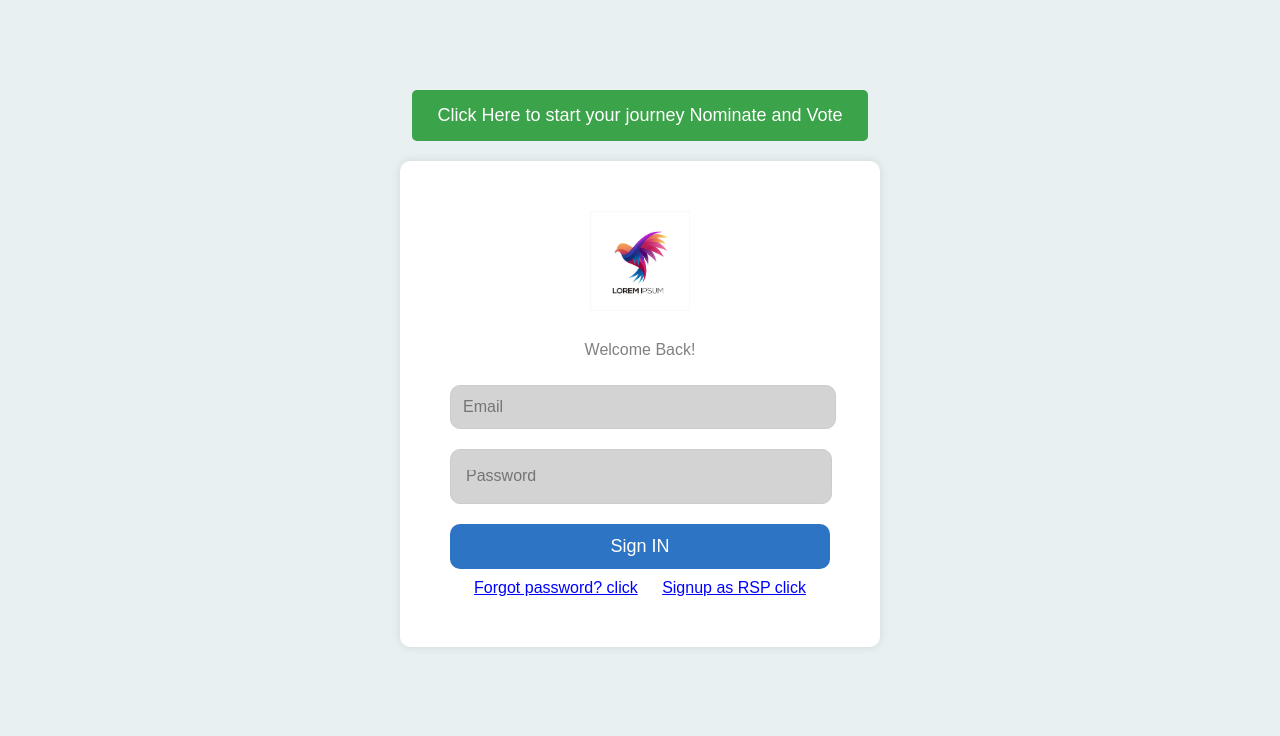
Repository: Femi007-gh/welcome
Page: index.html
An editor plug-in stored every save of this project. The page is shown before and after a run of saves, followed by the edit.
The browser window is 1280 px wide. The pictures show the whole page.
Some web libraries are served in a nearby version.

Above is the page before, as saved 2025-03-10 18:18:56.

After the next 2 saves:
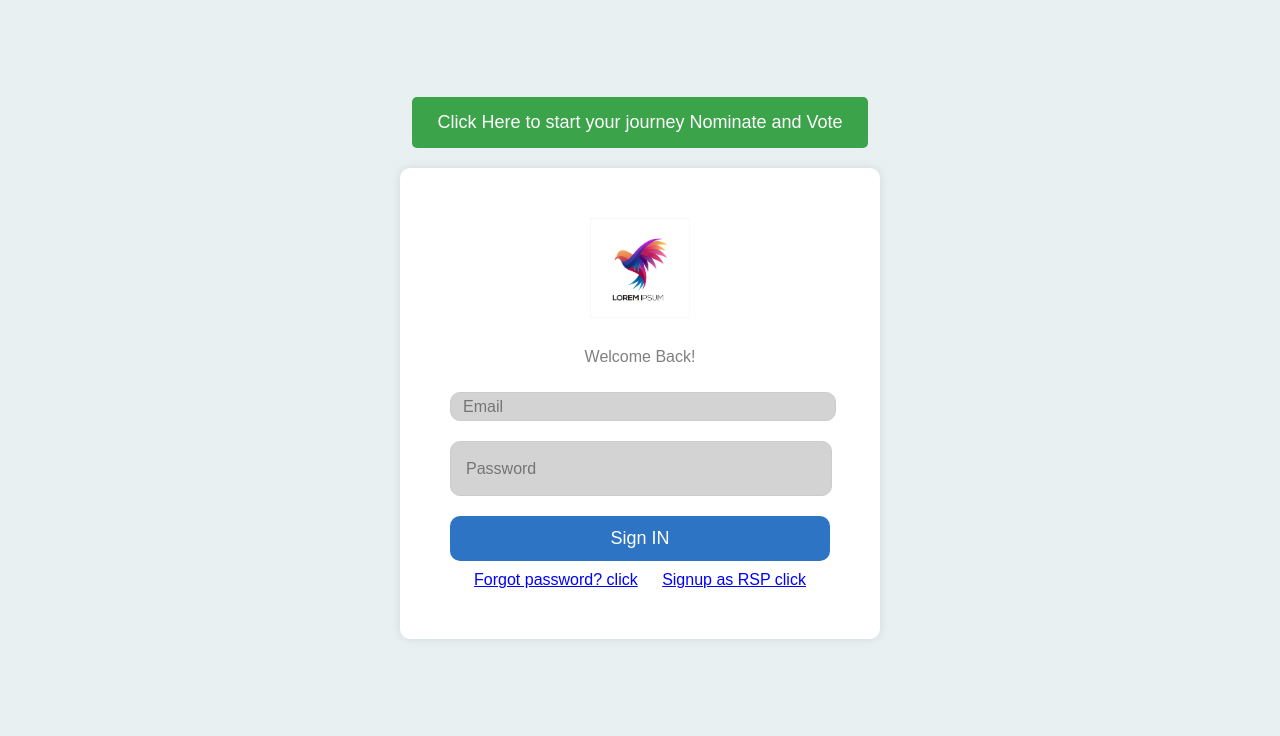
The 2 saves are shown as one change because they came seconds apart.
The last was saved 15 s later.
--- a/index.html
+++ b/index.html
@@ -105,7 +105,7 @@
     <div class="container">
         <img src="Logo.jpg" alt="Nigerian Shippers Council Logo">
         <p>Welcome Back!</p>
-        <input type="email" placeholder="Email">
+        <input type="email" placeholder="Email" class="fit">
         <div class="password-container">
             <input type="password" placeholder="Password" class="fit">
         </div>

After the save that followed:
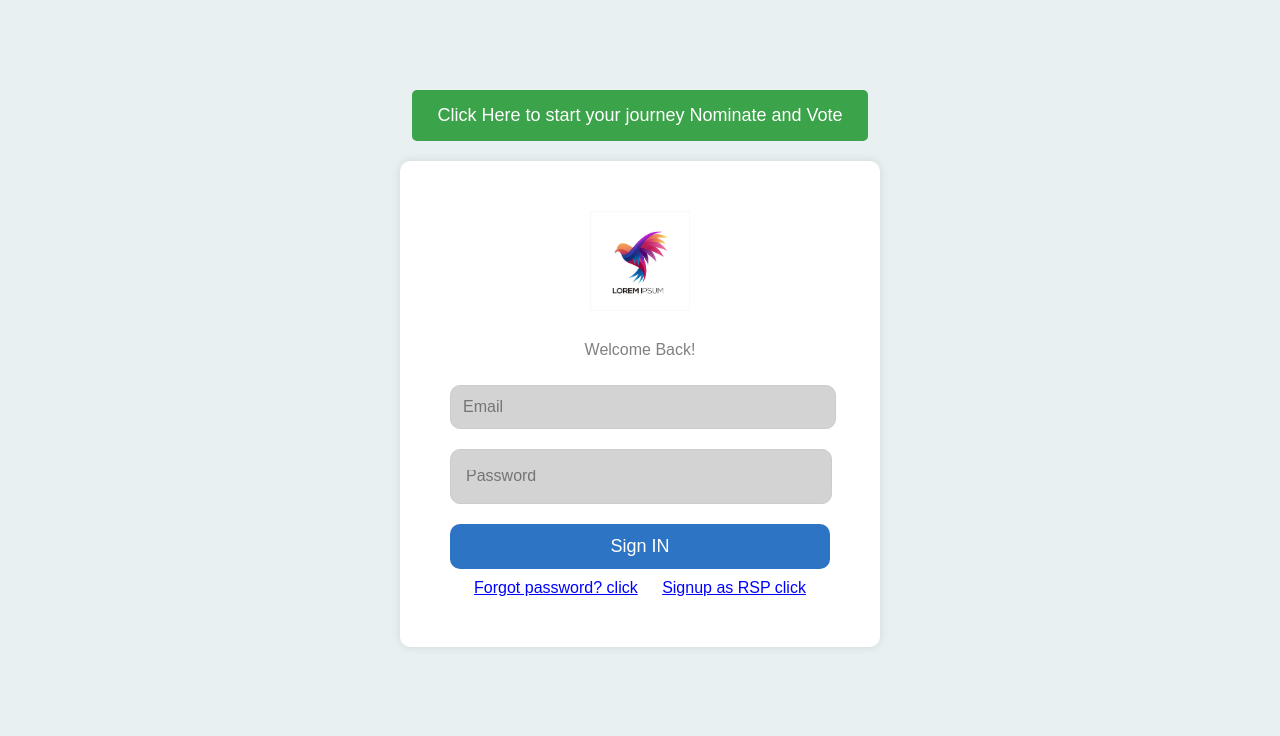
Saved 15 s later.
--- a/index.html
+++ b/index.html
@@ -105,7 +105,7 @@
     <div class="container">
         <img src="Logo.jpg" alt="Nigerian Shippers Council Logo">
         <p>Welcome Back!</p>
-        <input type="email" placeholder="Email" class="fit">
+        <input type="email" placeholder="Email" class="lit">
         <div class="password-container">
             <input type="password" placeholder="Password" class="fit">
         </div>
